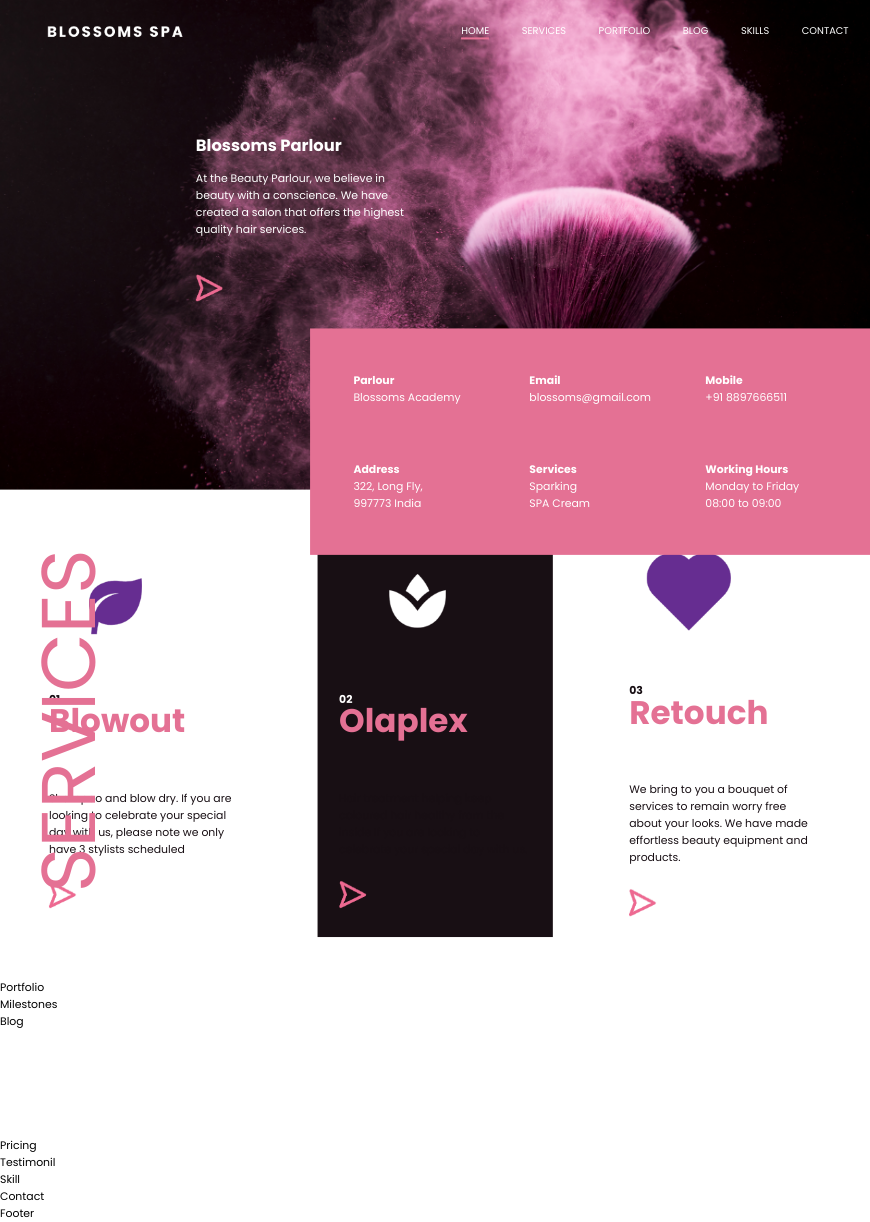
Repository: OmniaRafat232111121/animateSalon
Page: /
The author's editor kept a copy of each file at every save. The page is drawn from the files as they stood at one save, then again after a run of saves.
The browser window is 1280 px wide. The pictures show the whole page, at 68% of full size.
The project was rebuilt for these pictures with package versions that can differ from the ones it lists, and the page was loaded fresh each time. Also part of the build but not shown: src/components/ScrollTop.jsx.

Above is the page before, as saved 2022-07-26 03:24:18.

After the next 2 saves:
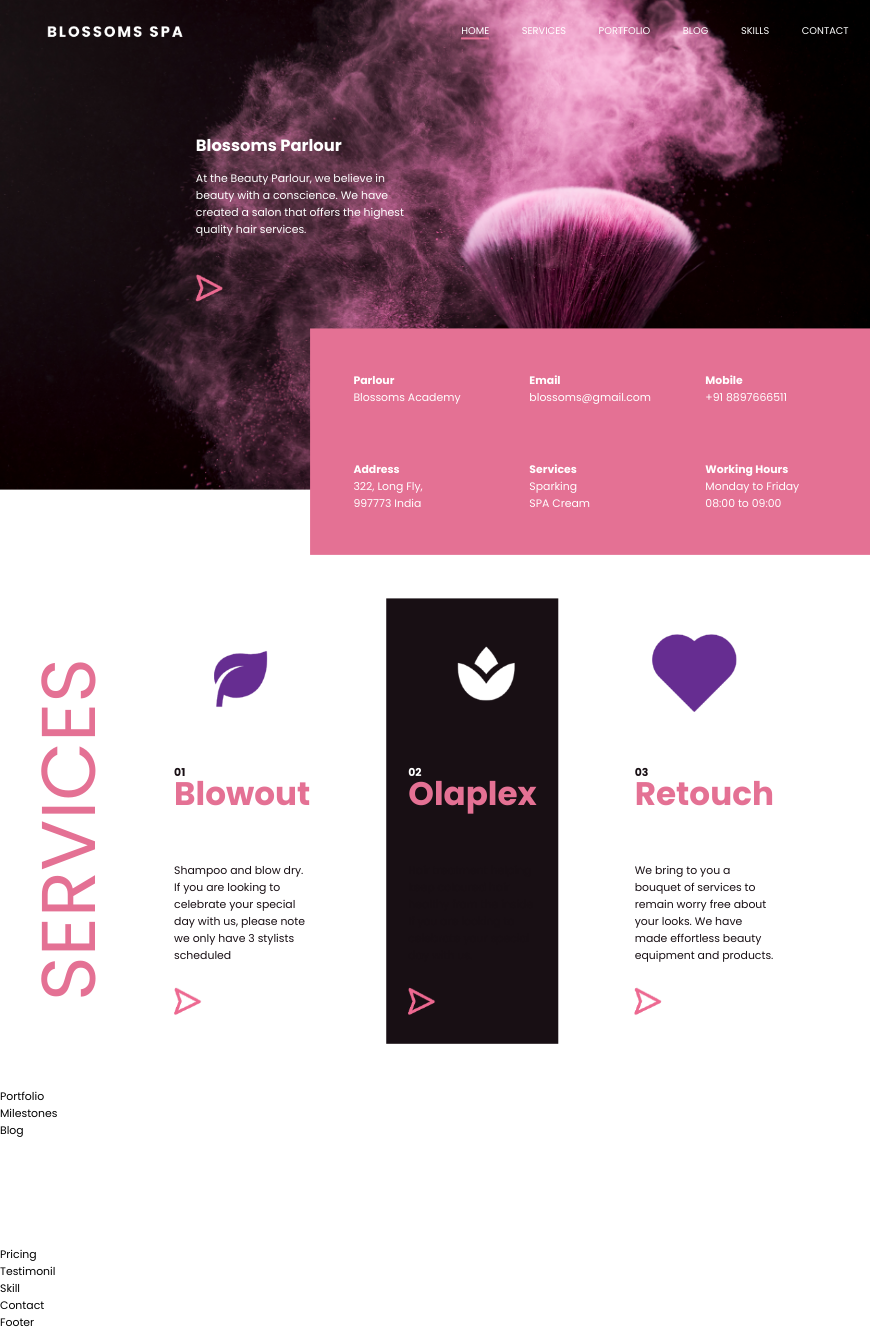
The 2 saves are shown as one change because they came seconds apart.
The last was saved 23 s later.
--- a/src/components/Services.jsx
+++ b/src/components/Services.jsx
@@ -59,15 +59,15 @@ const Services = () => {
 
 
 const Section = styled.section`
-min-height:100vh;
-.services{
-  display:grid;
-  grid-template-columns:repeat(3,1fr);
-  gap:5rem;
-  align-items:center;
-  height:100%;
- padding:40px;
-
+min-height: 100vh;
+.services {
+  display: grid;
+  grid-template-columns: repeat(3, 1fr);
+  align-items: center;
+  height: 100%;
+  margin: 0 14rem;
+  margin-top: 10rem;
+  gap: 5rem;
   &__service{
     padding:2rem;
     &:nth-of-type(2){
